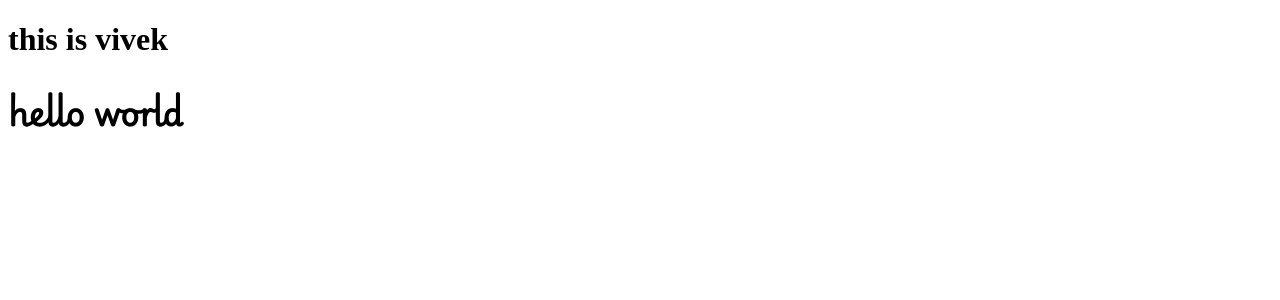
Repository: viveknaidu007/repo-113-HTML
Page: 17.html
An editor plug-in stored every save of this project. The page is shown before and after the next save, followed by the edit.
The browser window is 1280 px wide. The pictures show the whole page.

Above is the page before, as saved 2024-06-25 20:26:08.

After the next save:
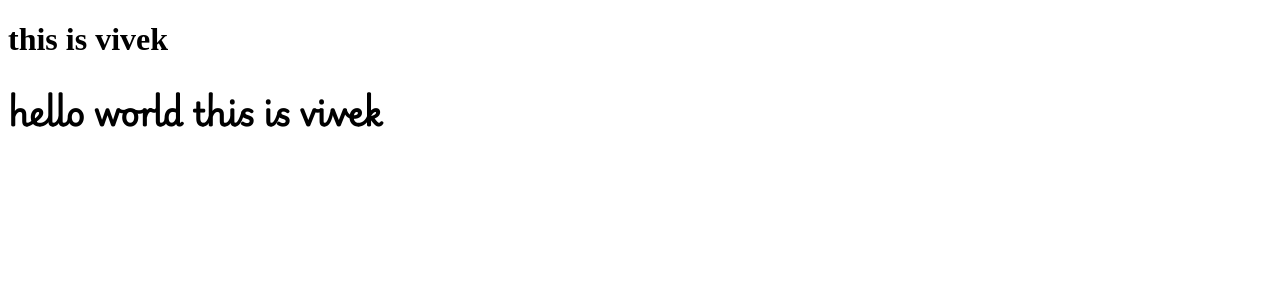
Saved 33 s later.
--- a/17.html
+++ b/17.html
@@ -20,7 +20,7 @@
 
     <body>
         <h1> this is vivek</h1>
-        <h1 class="c"> hello world</h1>
+        <h1 class="c"> hello world this is vivek</h1>
     </body>
 
 </html>
